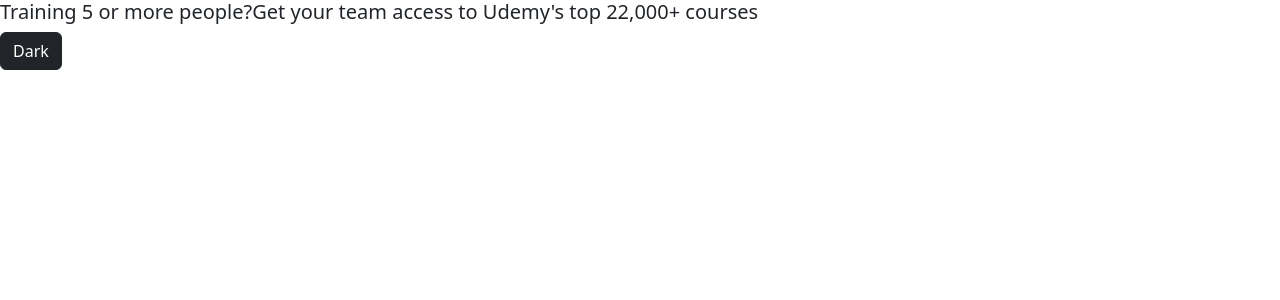
Repository: Taniafdes/newProject
Page: /division/division
An editor plug-in stored every save of this project. The page is shown before and after the next save, followed by the edit.
The browser window is 1280 px wide. The pictures show the whole page.
The project was rebuilt for these pictures with package versions that can differ from the ones it lists, and the page was loaded fresh each time. The framework's server and built-in components were replaced by stand-ins that run in the browser. Also part of the build but not shown: next.config.js.

Above is the page before, as saved 2023-06-15 15:40:04.

### pages/_app.js
import Head from "next/head";
import Script from "next/script";
import 'bootstrap/dist/css/bootstrap.css'
import 'bootstrap/dist/css/bootstrap.min.css'
function MyApp({ Component, pageProps }) {
  return (
    <>
      <Head>
        <meta name="viewport" content="width=device-width, initial-scale=1" />
      </Head>

      <Script
        src="https://cdn.jsdelivr.net/npm/bootstrap@5.0.0-beta1/dist/js/bootstrap.bundle.min.js"
        integrity="sha384-ygbV9kiqUc6oa4msXn9868pTtWMgiQaeYH7/t7LECLbyPA2x65Kgf80OJFdroafW"
        crossOrigin="anonymous"
      />
      <Component {...pageProps} />
    </>
  );
}
export default MyApp;

### pages/division/division.js
import React from 'react'
import { Container } from 'react-bootstrap';
import Button from 'react-bootstrap/Button';

const division = () => {
  return (
   <div>
   <div>
       <h5>Training 5 or more people?Get your team access to Udemy's top 22,000+ courses</h5>
        <Button variant="dark">Dark</Button>
</div>
   </div>

  )
}

export default division

After the next save:
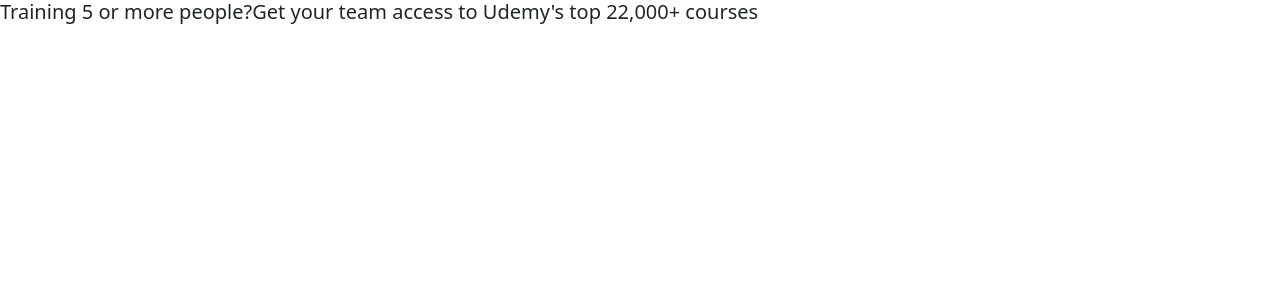
Saved 6 s later.
--- a/pages/division/division.js
+++ b/pages/division/division.js
@@ -7,7 +7,6 @@
    <div>
    <div>
        <h5>Training 5 or more people?Get your team access to Udemy's top 22,000+ courses</h5>
-        <Button variant="dark">Dark</Button>
 </div>
    </div>
 
